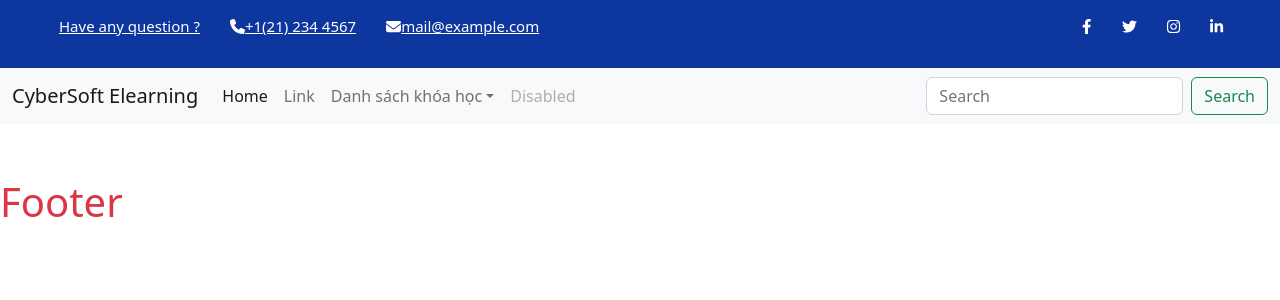
Repository: Gura9891/Lastcapstone
Page: /
These files come from the project's save history. The page is drawn as it stood at one moment and after the next save; the edit follows.
The browser window is 1280 px wide. The pictures show the whole page.
The project was rebuilt for these pictures with package versions that can differ from the ones it lists, and the page was loaded fresh each time.

Above is the page before, as saved 2022-10-06 12:56:36.

After the next save:
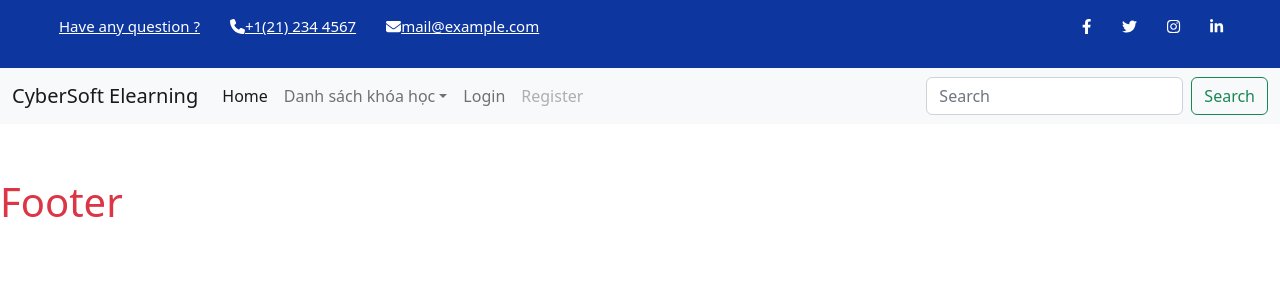
Saved 48 s later.
--- a/src/Component/HeaderLayout/Header.tsx
+++ b/src/Component/HeaderLayout/Header.tsx
@@ -71,9 +71,7 @@ export default function Header({}: Props) {
         <li className="nav-item">
           <a className="nav-link active" aria-current="page" href="#">Home</a>
         </li>
-        <li className="nav-item">
-          <a className="nav-link" href="#">Link</a>
-        </li>
+
         <li className="nav-item dropdown">
           <a className="nav-link dropdown-toggle" href="#" id="navbarDropdown" role="button" data-bs-toggle="dropdown" aria-expanded="false">
             Danh sách khóa học
@@ -86,7 +84,10 @@ export default function Header({}: Props) {
           </ul>
         </li>
         <li className="nav-item">
-          <a className="nav-link disabled" href="#" tabIndex={-1} aria-disabled="true">Disabled</a>
+          <a className="nav-link" href="#">Login</a>
+        </li>
+        <li className="nav-item">
+          <a className="nav-link disabled" href="#" tabIndex={-1} aria-disabled="true">Register</a>
         </li>
       </ul>
       <form className="d-flex">
